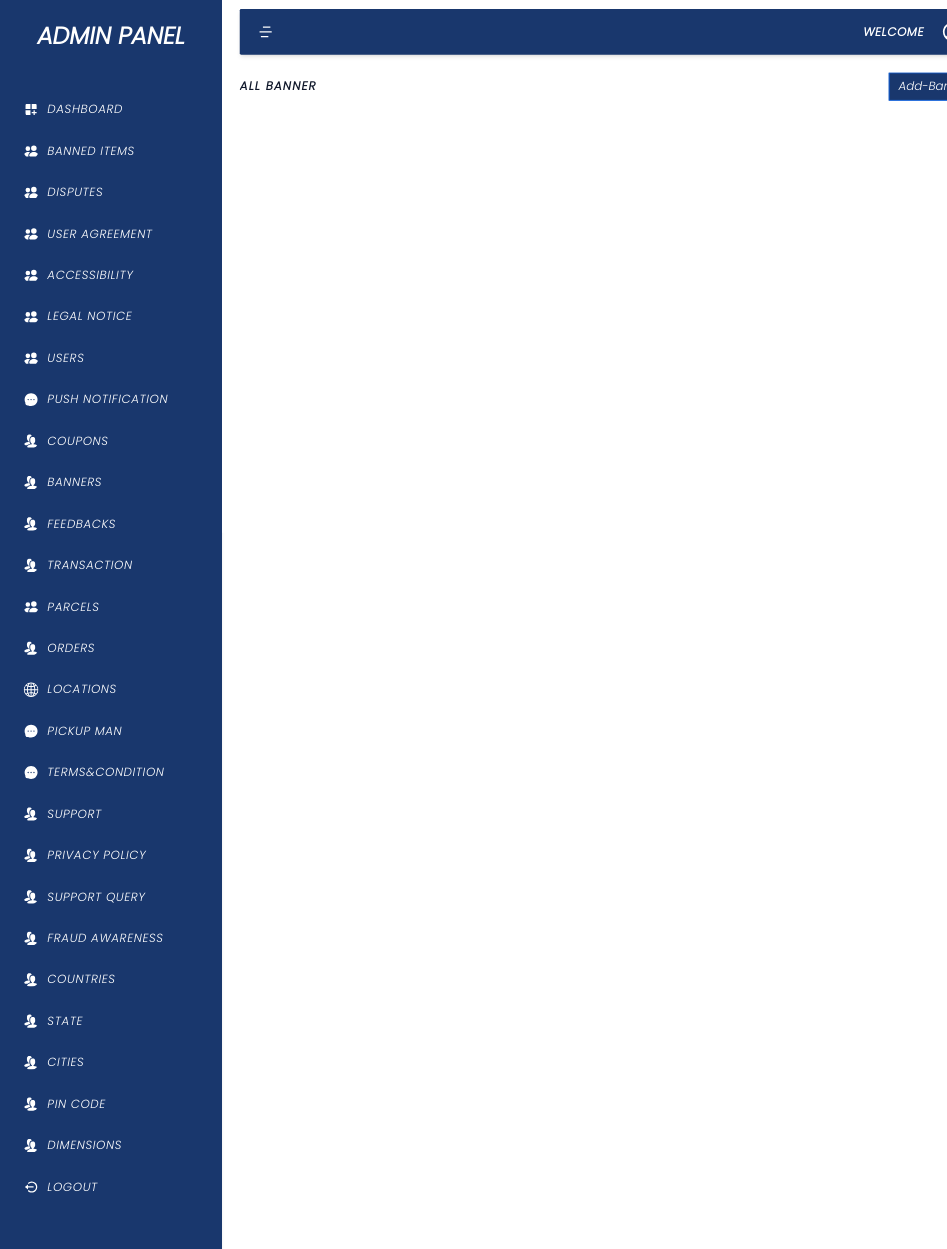
Repository: FlyweisReact/sarita
Page: /Banners
An editor plug-in stored every save of this project. The page is shown before and after the next save, followed by the edit.
The browser window is 1280 px wide. The pictures show the whole page, at 74% of full size.
The page's requests for data from a server got no answer. Some web libraries are served in a nearby version. The project was rebuilt for these pictures with package versions that can differ from the ones it lists, and the page was loaded fresh each time. No one was signed in, and anything a server would have sent is missing. Also part of the build but not shown: src/vendorPanel/forms/VendorLogin.jsx, src/vendorPanel/pages/AdminDiscount.js, src/vendorPanel/pages/AdminReview.js, src/vendorPanel/pages/Astrologers.js, src/vendorPanel/pages/Booking.js, src/vendorPanel/pages/Horoscope.js, src/vendorPanel/pages/Kundli.js, src/vendorPanel/pages/Message.js and 20 more.

Above is the page before, as saved 2023-04-20 17:16:09.

After the next save:
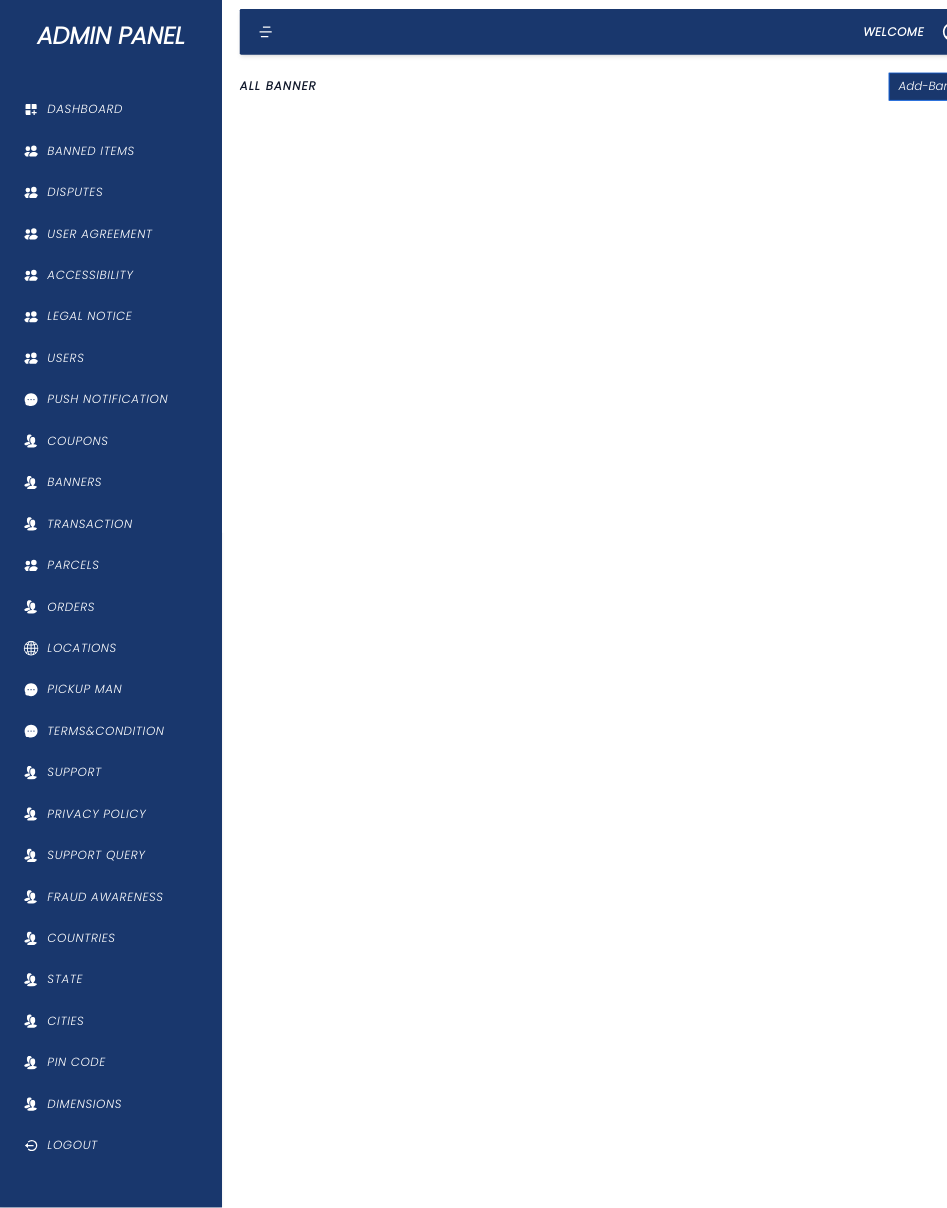
Saved 3 min 9 s later.
--- a/src/vendorPanel/layout/Sidebar.jsx
+++ b/src/vendorPanel/layout/Sidebar.jsx
@@ -66,11 +66,6 @@ const Sidebar = ({ hamb, setHamb }) => {
       icon: <ImUsers className="text-xl mr-3 rounded-full " />,
       link: "/Banners",
       name: "BANNERS",
-    },
-    {
-      icon: <ImUsers className="text-xl mr-3 rounded-full " />,
-      link: "/adminReviews",
-      name: "FEEDBACKS",
     },
     {
       icon: <ImUsers className="text-xl mr-3 rounded-full " />,
